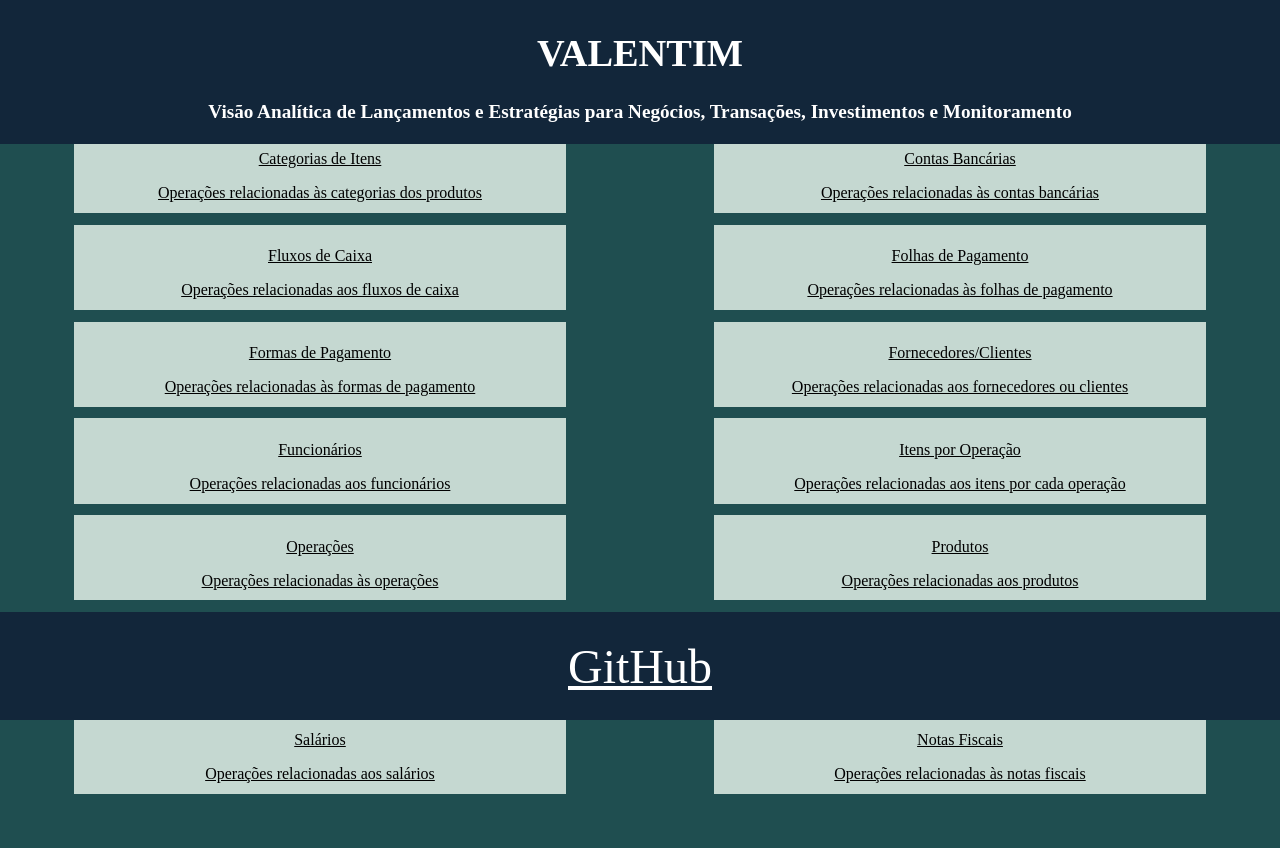
Repository: Matheus-Lacerda009/ERP-Financeiro
Page: Front/menu/menu.html
The author's editor kept a copy of each file at every save. The page is drawn from the files as they stood at one save, then again after the next save.
The browser window is 1280 px wide. The pictures show the whole page.

Above is the page before, as saved 2026-07-13 19:16:48.

After the next save:
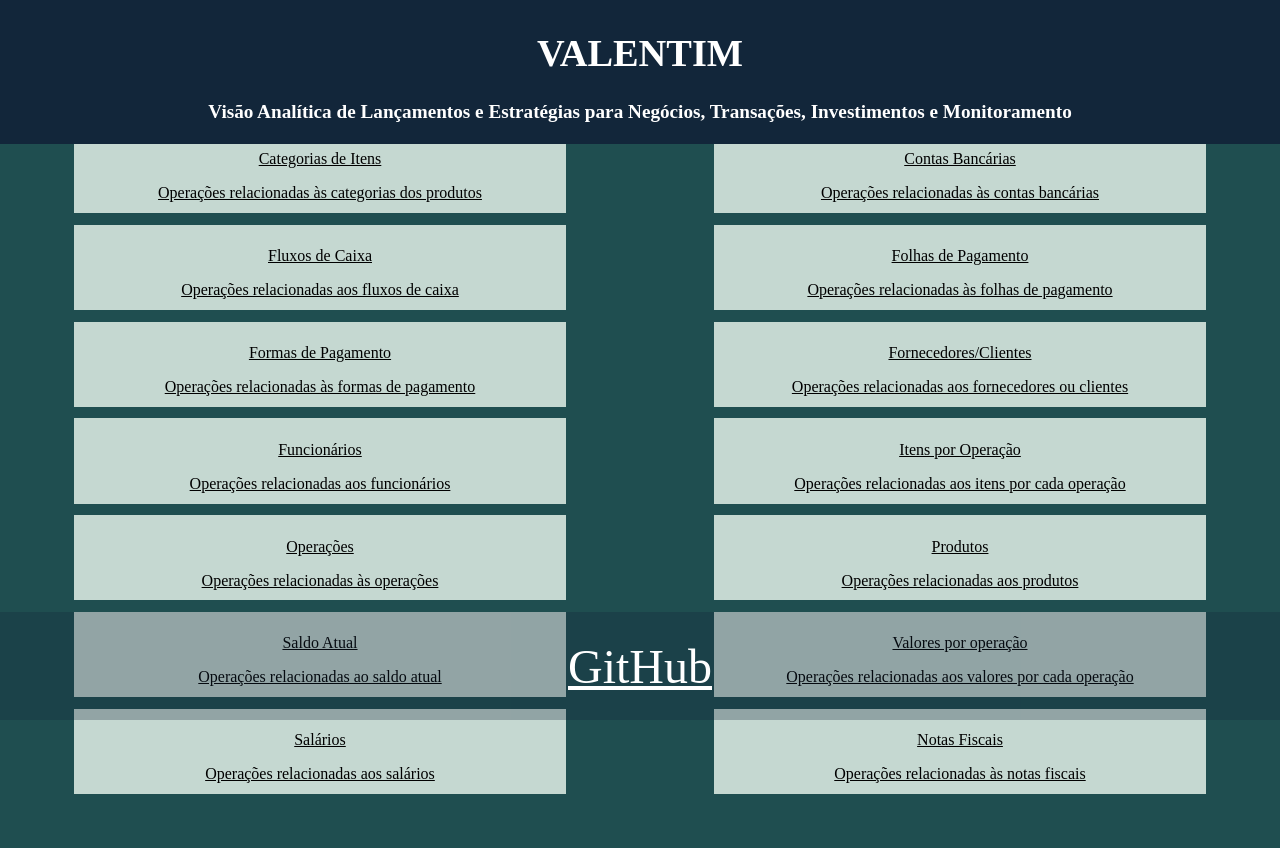
Saved 20 s later.
--- a/Front/menu/menu.css
+++ b/Front/menu/menu.css
@@ -16,7 +16,7 @@ footer{
     left: 0;
     width: 100%;
     height: 15%;
-    background-color: #12263A;
+    background-color: #12263a49;
     text-align: center;
     align-content: center;
 }
